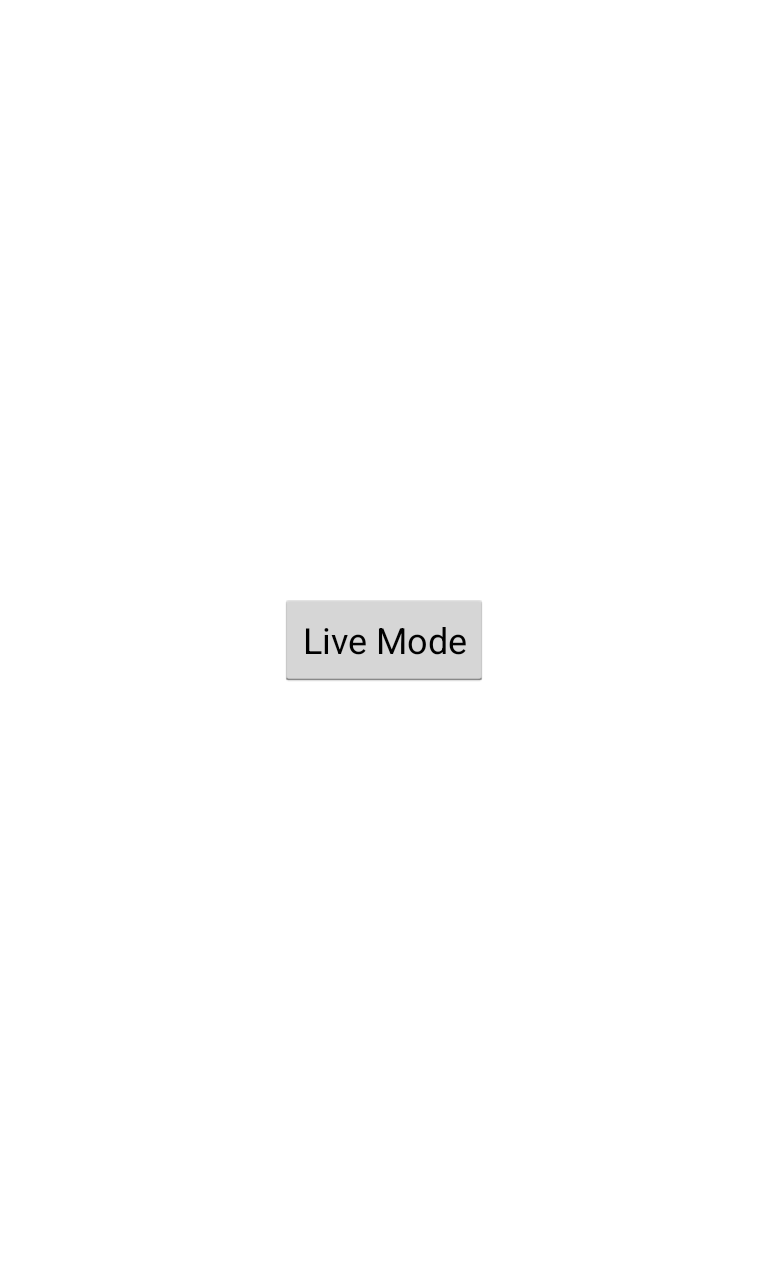
Repository: renatovieira/tcc2013
Layout: TCC/res/layout/activity_filter.xml
These files come from the project's save history. The layout is drawn as it stood at one moment and after the next save; the edit follows.
It is drawn on a 768 x 1280 px phone screen (xhdpi) without system bars, with theme AppTheme; the app's code is not run.

Above is the layout before, as saved 2013-07-21 19:44:56.

After the next save:
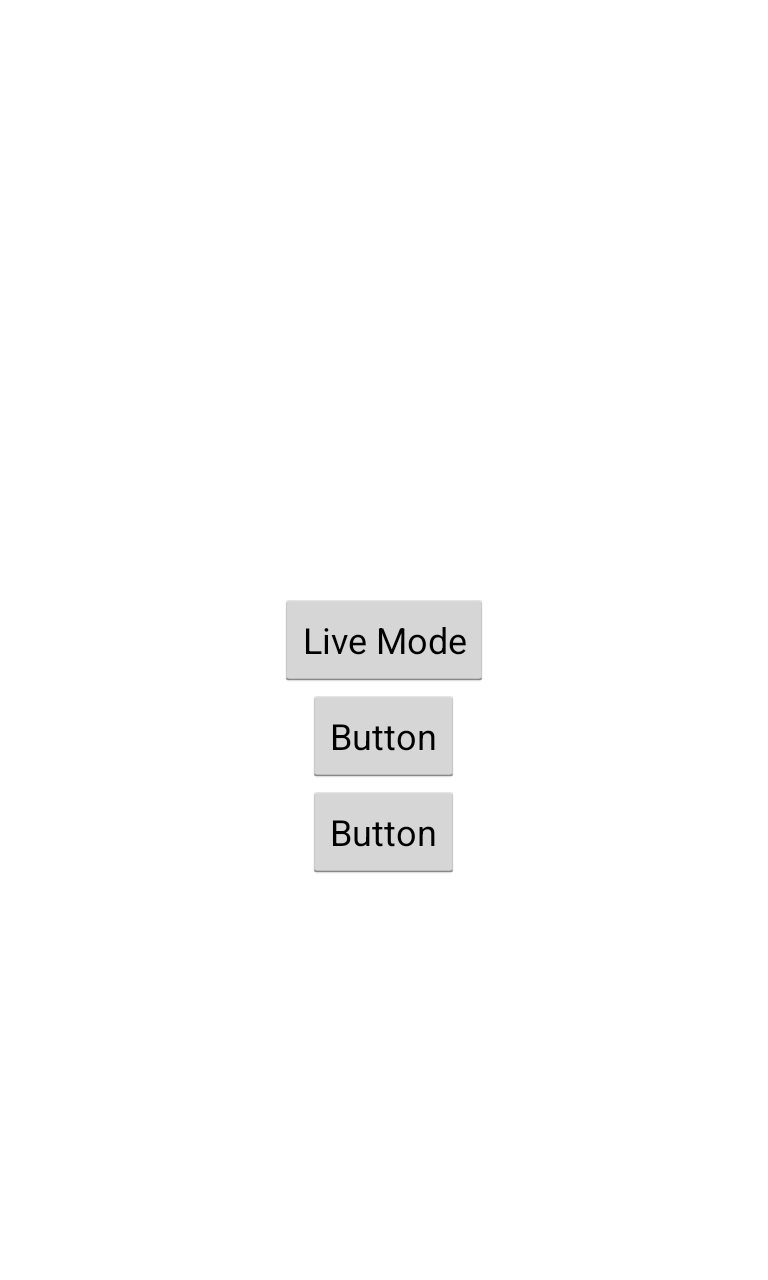
Saved 3 min 8 s later.
--- a/TCC/res/layout/activity_filter.xml
+++ b/TCC/res/layout/activity_filter.xml
@@ -16,4 +16,20 @@
         android:layout_centerVertical="true"
         android:text="@string/live_mode" />
 
+    <Button
+        android:id="@+id/galleryModeButton"
+        android:layout_width="wrap_content"
+        android:layout_height="wrap_content"
+        android:layout_alignRight="@+id/button1"
+        android:layout_below="@+id/button1"
+        android:text="Button" />
+
+    <Button
+        android:id="@+id/button1"
+        android:layout_width="wrap_content"
+        android:layout_height="wrap_content"
+        android:layout_below="@+id/liveModeButton"
+        android:layout_centerHorizontal="true"
+        android:text="Button" />
+
 </RelativeLayout>
